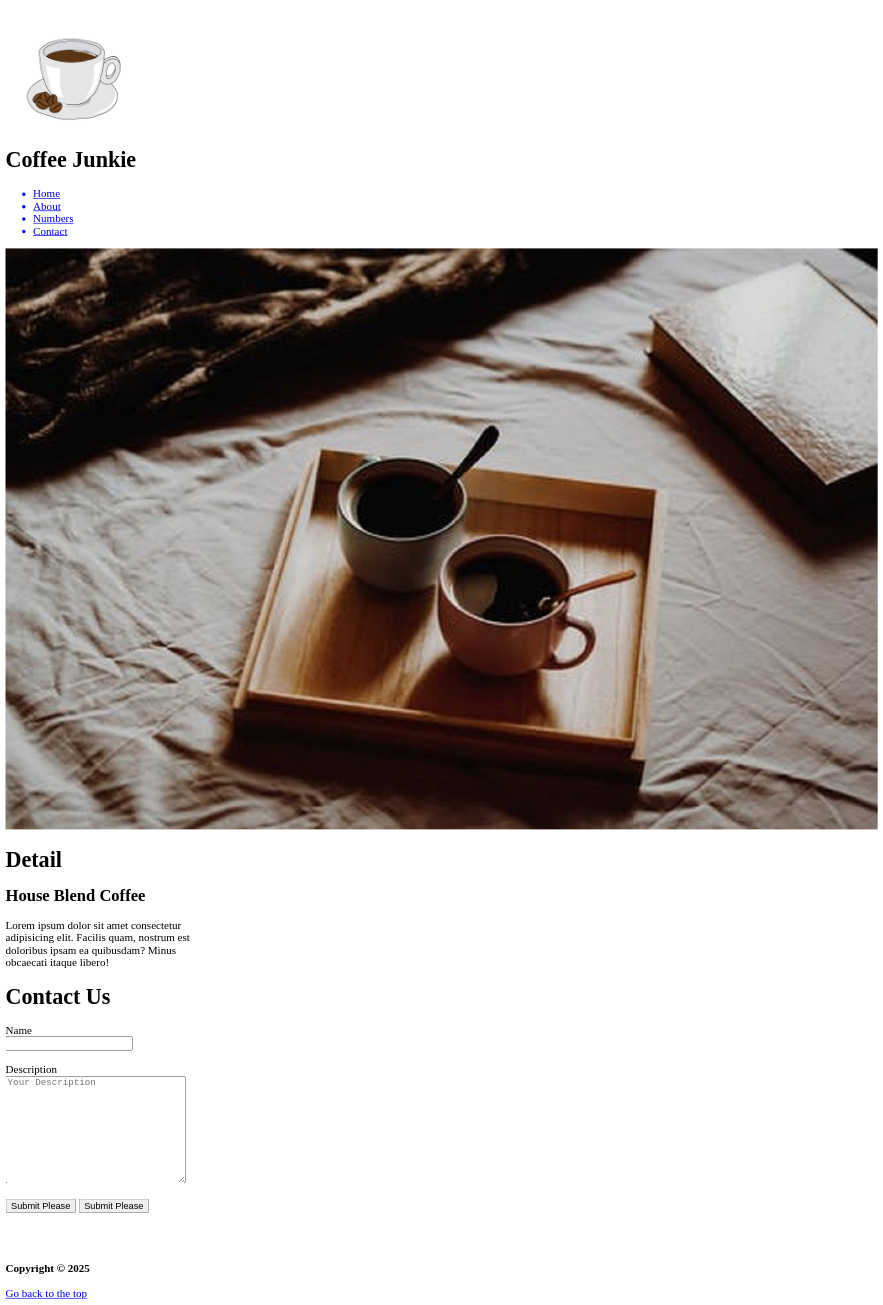
Repository: Tranghii/HTML-CSS
Page: HTML&CSS/miniExercise/index.html
An editor plug-in stored every save of this project. The page is shown before and after a run of saves, followed by the edit.
The browser window is 1280 px wide. The pictures show the whole page, at 69% of full size.

Above is the page before, as saved 2025-10-11 22:18:02.

After the next 5 saves:
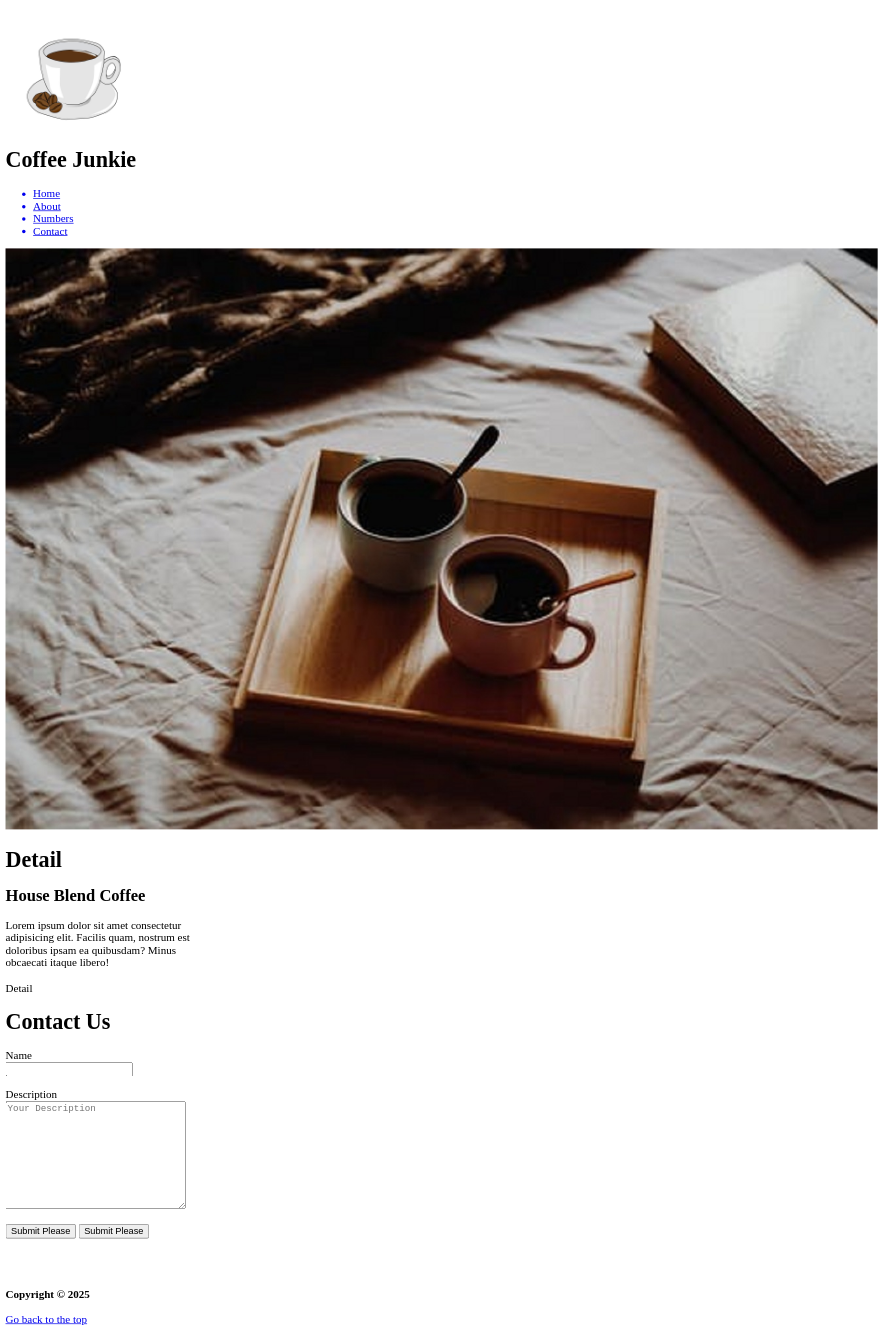
The 5 saves are shown as one change because they came seconds apart.
The last was saved 14 s later.
--- a/HTML&CSS/miniExercise/index.html
+++ b/HTML&CSS/miniExercise/index.html
@@ -24,6 +24,8 @@
                 adipisicing elit. Facilis quam, nostrum est <br>
                 doloribus ipsam ea quibusdam? Minus <br>
                 obcaecati itaque libero!</p>
+               <h3></h3> Detail
+
             <form action="">
                 <h1>Contact Us</h1>
                 <label for="">Name</label> <br>
